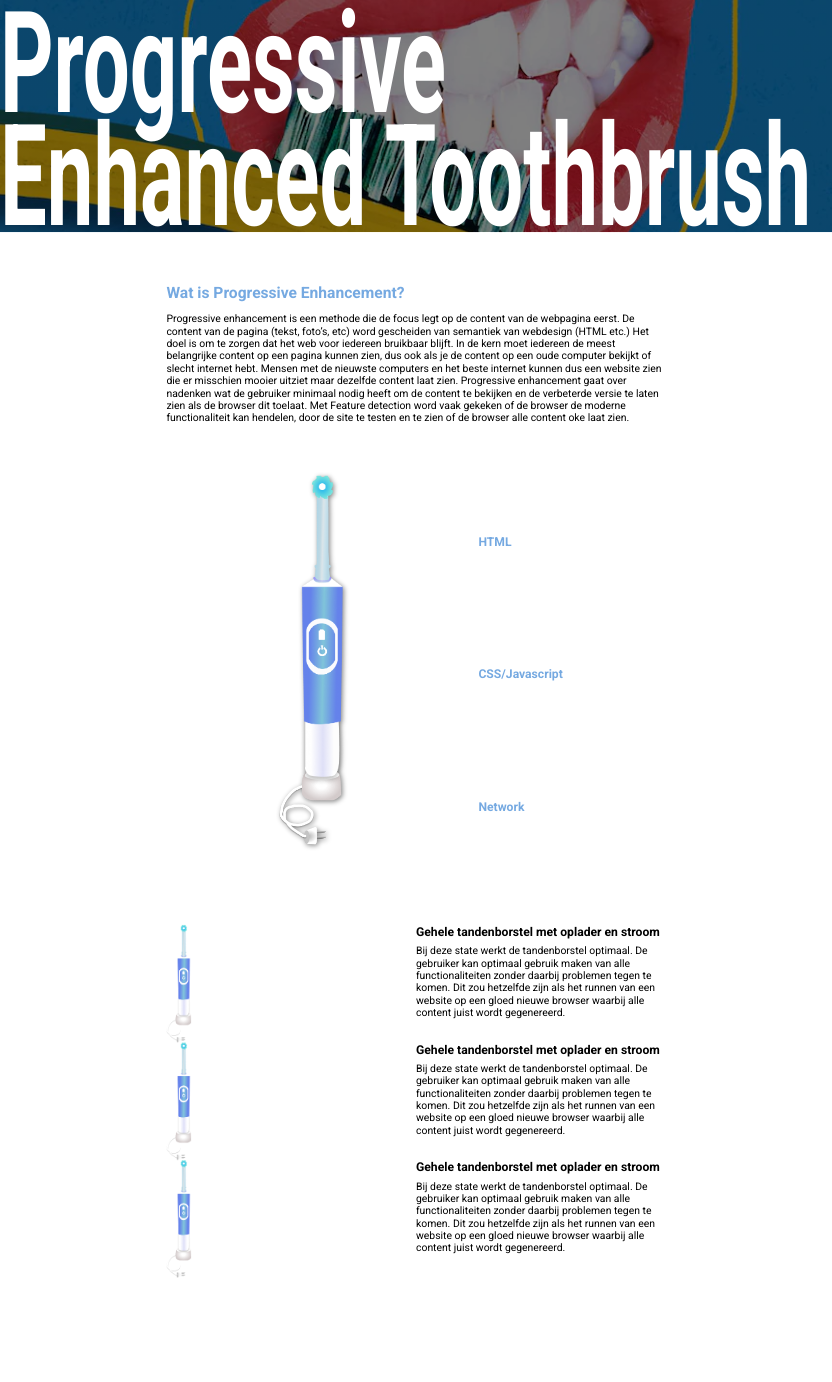
Repository: norakramer1/browser-technologies-2122
Page: progressive-enhanced-toothbrush-main/index.html
These files come from the project's save history. The page is drawn as it stood at one moment and after the next save; the edit follows.
The browser window is 1280 px wide. The pictures show the whole page, at 65% of full size.

Above is the page before, as saved 2022-03-23 14:13:09.

### progressive-enhanced-toothbrush-main/index.html
<!DOCTYPE html>
<html lang="en">
<head>
    <meta charset="UTF-8">
    <meta http-equiv="X-UA-Compatible" content="IE=edge">
    <meta name="viewport" content="width=device-width, initial-scale=1.0">
    <title>Progressive Enhanced Toothbrush</title>
    <link rel="stylesheet" href="style.css">
    <link href="https://fonts.googleapis.com/css2?family=Roboto:ital,wght@0,100;0,300;0,400;0,500;0,700;0,900;1,100;1,300;1,400;1,500;1,700;1,900&display=swap" rel="stylesheet">
</head>
<body>
    <header>
        <h1>Progressive Enhanced Toothbrush</h1>
    </header>
    <main>
        <article>
            <h2>Wat is Progressive Enhancement?</h2>
            <p>Progressive enhancement is een methode die de focus legt
               op de content van de webpagina eerst. De content van de pagina (tekst, foto’s, etc)
               word gescheiden van semantiek van webdesign (HTML etc.) Het doel is om te zorgen dat het web voor iedereen bruikbaar blijft. In de kern moet iedereen de meest belangrijke
               content op een pagina kunnen zien, dus ook als je de content op een oude computer bekijkt of slecht internet hebt. Mensen met de nieuwste computers en het beste internet
               kunnen dus een website zien die er misschien mooier uitziet maar dezelfde content laat zien. Progressive enhancement gaat over nadenken wat de gebruiker minimaal nodig heeft
               om de content te bekijken en de verbeterde versie te laten zien als de browser dit toelaat.

               Met Feature detection word vaak gekeken of de browser de moderne functionaliteit kan hendelen, door de site te testen en te zien of de browser alle content oke laat zien.</p>
        </article>
        <article>
            <ul>
                <li><img src="img/opzetstukje.png" alt="Opzet stukje van tandenborstel"></li>
                <li><img src="img/handvat.png" alt="Handvat van tandenborstel"></li>
                <li><img src="img/lader.png" alt="Lader van tandenborstel"></li>
            </ul>
            <ul>
                <li>
                    <h3>HTML</h3>
                </li>
                <li>
                    <h3>CSS/Javascript</h3>
                </li>
                <li>
                    <h3>Network</h3>
                </li>
            </ul>
        </article>
        <article>
            <section>
                <img src="img/compleet.png" alt="Tandenborstel">
                <h3>Gehele tandenborstel met oplader en stroom</h3>
                <p>Bij deze state werkt de tandenborstel optimaal. De gebruiker kan optimaal gebruik maken van alle functionaliteiten zonder daarbij problemen tegen te komen. Dit zou hetzelfde zijn als het runnen van een website op een gloed nieuwe browser waarbij alle content juist wordt gegenereerd.</p>
            </section>
            <section>
                <img src="img/compleet.png" alt="Tandenborstel">
                <h3>Gehele tandenborstel met oplader en stroom</h3>
                <p>Bij deze state werkt de tandenborstel optimaal. De gebruiker kan optimaal gebruik maken van alle functionaliteiten zonder daarbij problemen tegen te komen. Dit zou hetzelfde zijn als het runnen van een website op een gloed nieuwe browser waarbij alle content juist wordt gegenereerd.</p>
            </section>
            <section>
                <img src="img/compleet.png" alt="Tandenborstel">
                <h3>Gehele tandenborstel met oplader en stroom</h3>
                <p>Bij deze state werkt de tandenborstel optimaal. De gebruiker kan optimaal gebruik maken van alle functionaliteiten zonder daarbij problemen tegen te komen. Dit zou hetzelfde zijn als het runnen van een website op een gloed nieuwe browser waarbij alle content juist wordt gegenereerd.</p>
            </section>
        </article>
    </main>

    <script src="script.js"></script>
</body>
</html>

### progressive-enhanced-toothbrush-main/style.css
* {
    padding: 0;
    margin: 0;
    font-family: "Roboto", sans-serif;
}

header {
    background-image: linear-gradient(to bottom, rgba(0,0,0, .5), rgba(0,0,0, .5)),
    url('img/header.webp');
    background-size: cover;
    background-position: center;
    background-repeat: no-repeat;
    width: 100vw;
}

h1 {
    color: white;
    font-size: 10vw;
    transform: scaleY(1.7);
    line-height: .8;
    padding: 5rem 0 4.5rem 0;
}

main {
    padding: 5rem 20vw;
}

h2 {
    color: #75A9E1;
    margin-bottom: 1rem;
}

article {
    margin-bottom: 5rem;
}

article:nth-child(2) {
    display: flex;
    align-items: stretch;
}

article:nth-child(2) ul:first-child {
    list-style-type: none;
    display: flex;
    justify-content: center;
    flex-direction: column;
    align-items: center;
    filter: drop-shadow(2px 2px 4px gray);
    margin: 0 15vw;
    transition: 1s;
}

article:nth-child(2) ul:first-child:hover {
    transform: scale(1.1);
}

article:nth-child(2) ul:last-child {
    display: flex;
    flex-direction: column;
    justify-content: space-around;
    list-style-type: none;
    transition: 1s;
}

article:nth-child(2) ul:first-child li:first-of-type {
    transition: 1s;
    width: 2rem;
    z-index: 2;
}
article:nth-child(2) ul:first-child li:nth-of-type(2) {
    transition: 1s;
    transform: translateY(-.7rem);
    width: 4.5rem;
    z-index: 1;
}
article:nth-child(2) ul:first-child li:last-of-type {
    transition: 1s;
    transform: translate(-1.2rem, -2.5rem);
    width: 6rem;
}

article:nth-child(2) ul:first-child:hover li:first-of-type {
    transform: translateY(-2rem);
}

article:nth-child(2) ul:first-child:hover li:last-of-type {
    transform: translate(-1.2rem, 0);
}

article:nth-child(2) h3 {
    color: #75A9E1;
}

article:nth-child(2) ul:first-child:hover ul {
    font-size: 36px;
}

article:nth-child(2) img {
    width: 100%;
}


article:last-child section {
    display: grid;
    grid-template-columns: 1fr 1fr;
    grid-template-rows: .2fr 1fr;
    grid-column-gap: 0px;
    grid-row-gap: 0px;
}

article:last-child img {
    grid-area: 1 / 1 / 3 / 2;
    width: 10%;
}

article:last-child h3 {
    grid-area: 1 / 2 / 2 / 3;
}

article:last-child p {
    grid-area: 2 / 2 / 3 / 3;
}

Loaded but not shown: progressive-enhanced-toothbrush-main/script.js (no stored copy; drawn as an empty file)

After the next save:
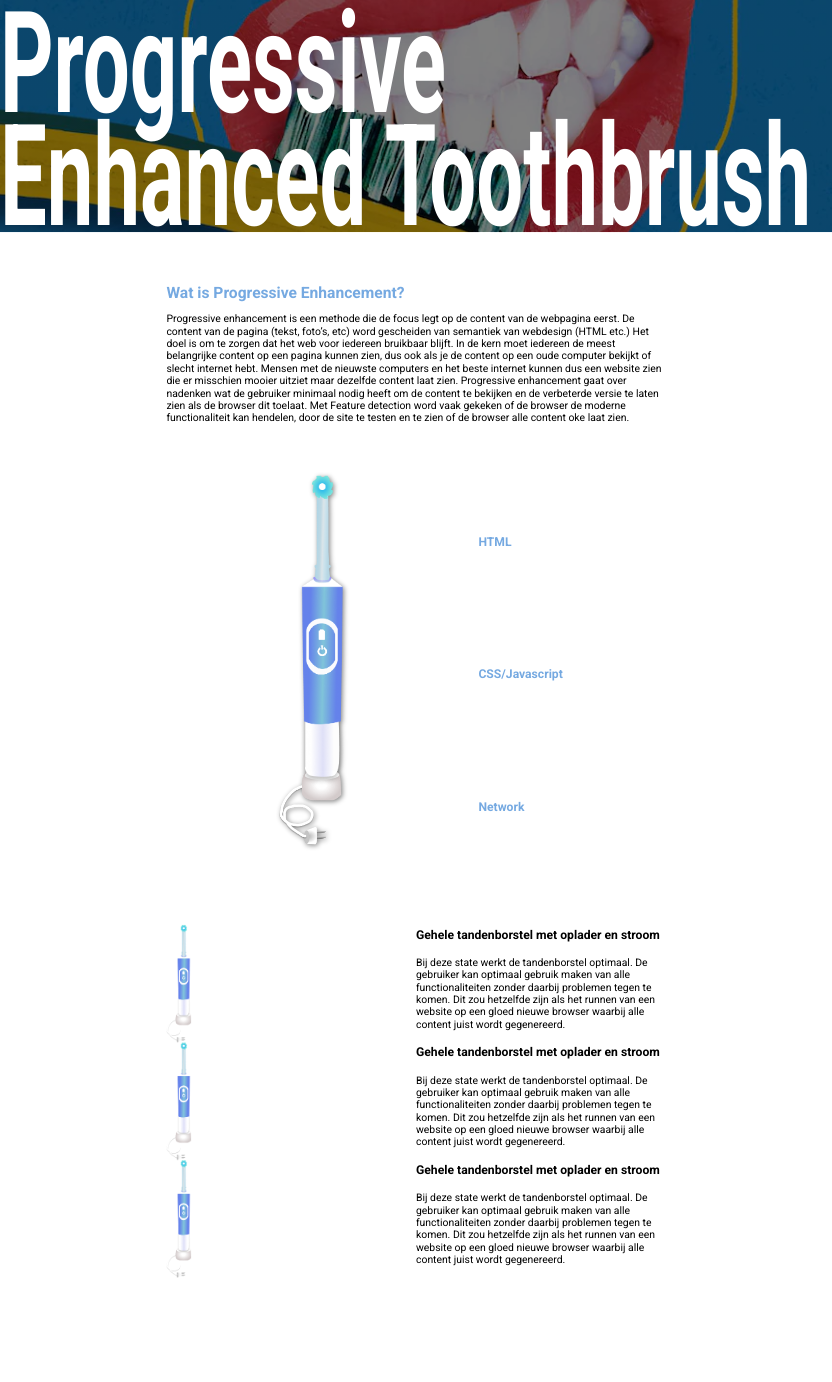
Saved 16 s later.
--- a/progressive-enhanced-toothbrush-main/style.css
+++ b/progressive-enhanced-toothbrush-main/style.css
@@ -106,6 +106,7 @@
     grid-template-rows: .2fr 1fr;
     grid-column-gap: 0px;
     grid-row-gap: 0px;
+    place-items: center left;
 }
 
 article:last-child img {

After the save that followed:
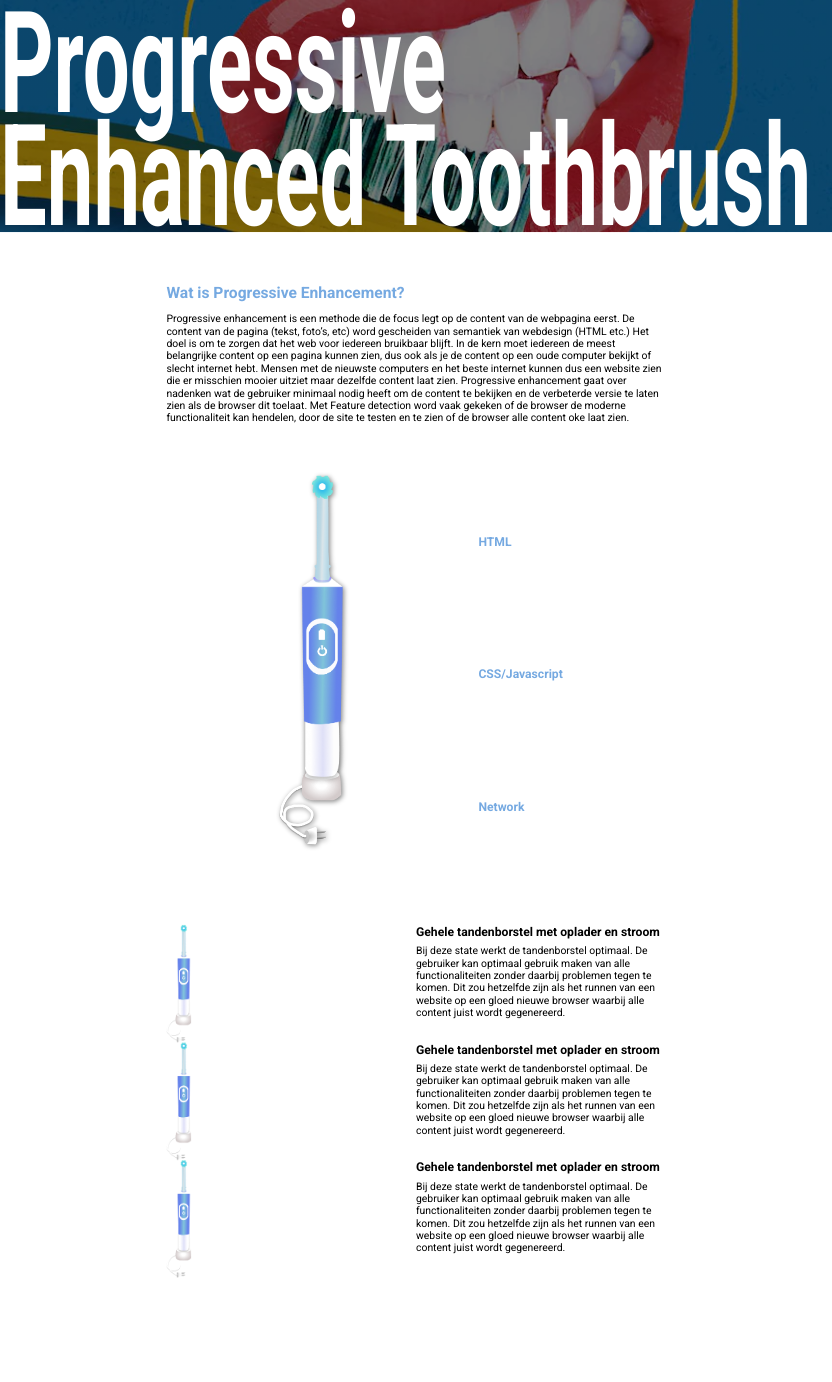
Saved 8 s later.
--- a/progressive-enhanced-toothbrush-main/style.css
+++ b/progressive-enhanced-toothbrush-main/style.css
@@ -106,7 +106,7 @@
     grid-template-rows: .2fr 1fr;
     grid-column-gap: 0px;
     grid-row-gap: 0px;
-    place-items: center left;
+    /* place-items: center left; */
 }
 
 article:last-child img {
